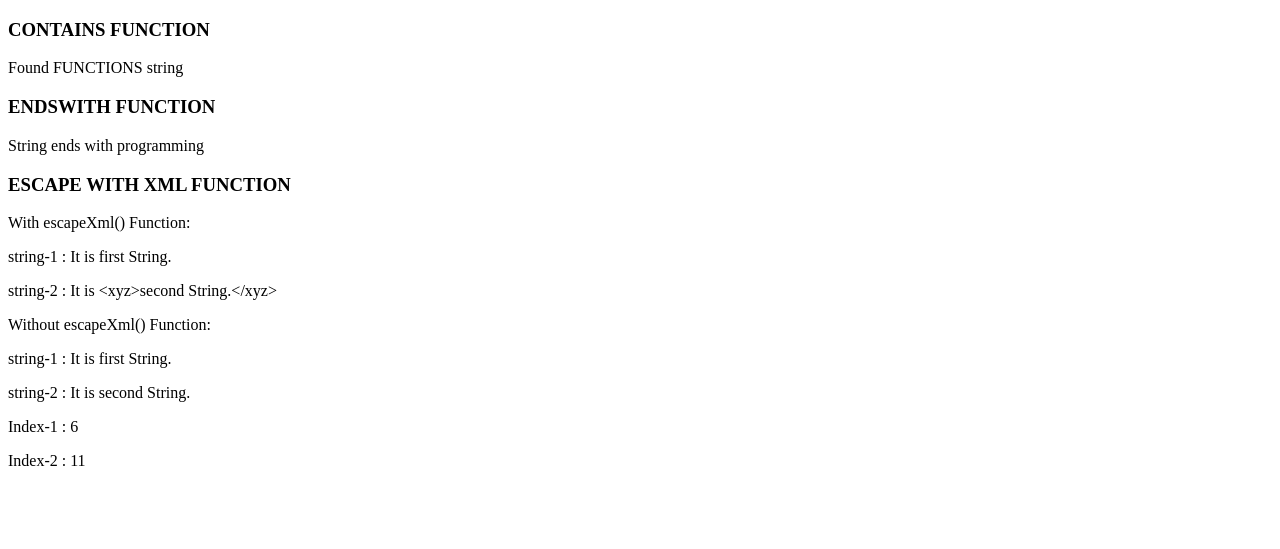
Repository: Siddhant1401/Aurionpro-J2EE
Page: http://localhost/04-JSTL-Tags/JSTLFunctions.jsp
The author's editor kept a copy of each file at every save. The page is drawn from the files as they stood at one save, then again after the next save.
The browser window is 1280 px wide. The pictures show the whole page.
The page is served by Tomcat 9.

Above is the page before, as saved 2023-10-13 04:56:43.

After the next save:
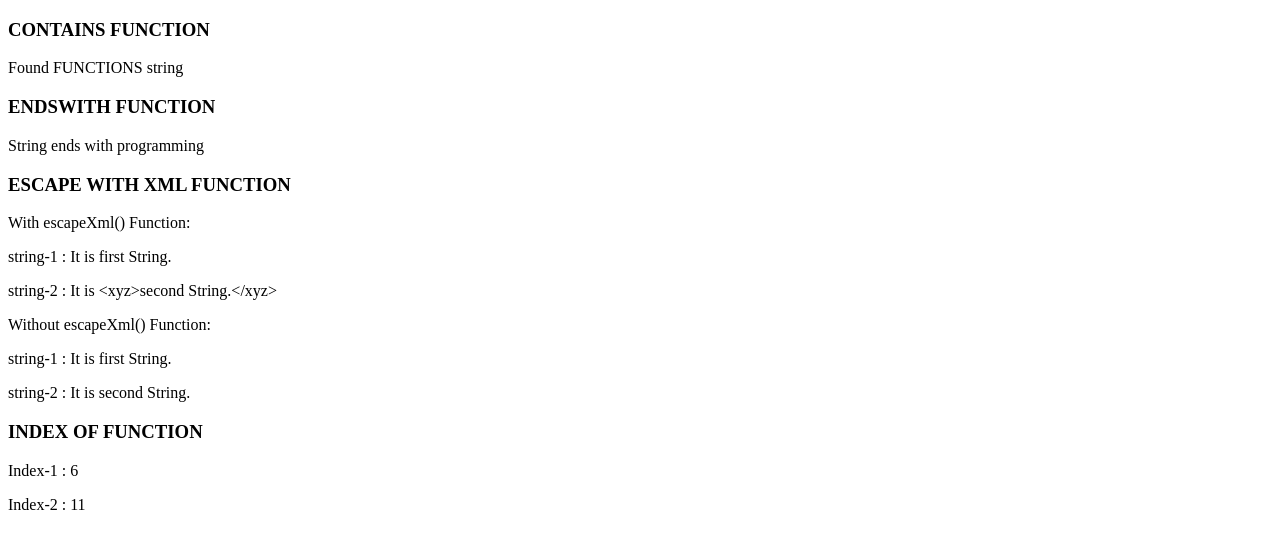
Saved 13 s later.
--- a/04-JSTL-Tags/WebContent/JSTLFunctions.jsp
+++ b/04-JSTL-Tags/WebContent/JSTLFunctions.jsp
@@ -49,7 +49,7 @@
 	<p>string-1 : ${string1}</p>
 	<p>string-2 : ${string2}</p>
 
-
+	<h3>INDEX OF FUNCTION</h3>
 	<c:set var="string1" value="It is first String." />
 	<c:set var="string2" value="It is <xyz>second String.</xyz>" />
 
